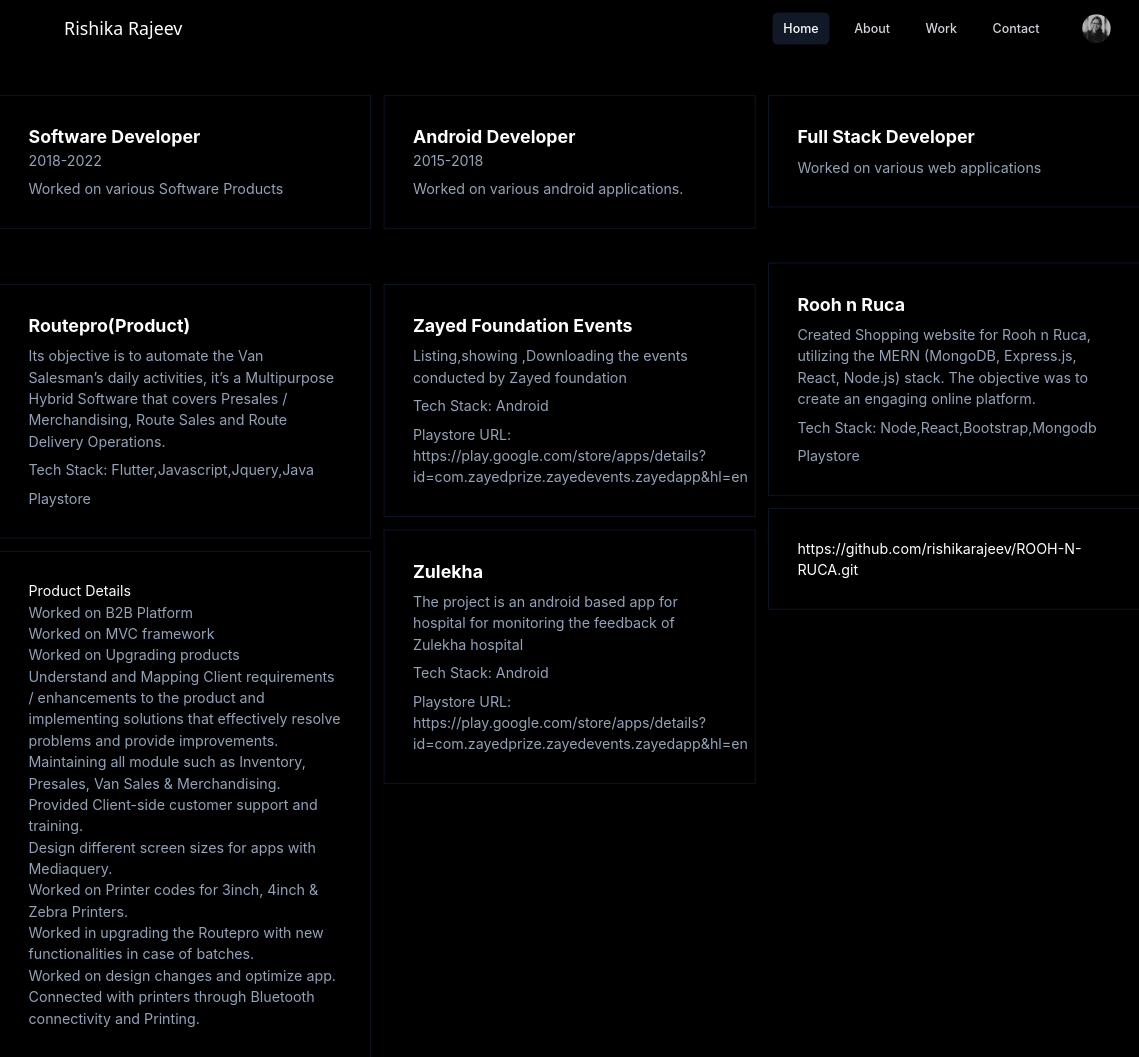
Repository: rishikarajeev/portfolio_rishika
Page: /work
An editor plug-in stored every save of this project. The page is shown before and after the next save, followed by the edit.
The browser window is 1280 px wide. The pictures show the whole page, at 89% of full size.
The project was rebuilt for these pictures with package versions that can differ from the ones it lists, and the page was loaded fresh each time. Also part of the build but not shown: src/Pages/Home.jsx, src/Pages/About.jsx, src/Pages/Contact.jsx.

Above is the page before, as saved 2023-10-23 19:03:07.

### src/Components/Nav/Nav.jsx
import React from 'react'

import img from '../../Images/profile.jpeg'

function Nav() {
  return (
    <div><nav class="dark:bg-black">
    <div class="mx-auto max-w-7xl px-2 sm:px-6 lg:px-8">
      <div class="relative flex h-16 items-center justify-between">
      <div class="absolute inset-y-0 left-7 flex items-center ">

      <a href="#" class=" text-white  px-3 py-2 text-xl font-medium font-sans" aria-current="page">Rishika Rajeev</a>
        </div>
        <div class="absolute inset-y-0 left-0 flex items-center sm:hidden">

          <button type="button" class="relative inline-flex items-center justify-center rounded-md p-2 text-gray-400 hover:bg-gray-700 hover:text-white focus:outline-none focus:ring-2 focus:ring-inset focus:ring-white" aria-controls="mobile-menu" aria-expanded="false">
            <span class="absolute -inset-0.5"></span>
            <span class="sr-only">Open main menu</span>

            <svg class="block h-6 w-6" fill="none" viewBox="0 0 24 24" stroke-width="1.5" stroke="currentColor" aria-hidden="true">
              <path stroke-linecap="round" stroke-linejoin="round" d="M3.75 6.75h16.5M3.75 12h16.5m-16.5 5.25h16.5" />
            </svg>

            <svg class="hidden h-6 w-6" fill="none" viewBox="0 0 24 24" stroke-width="1.5" stroke="currentColor" aria-hidden="true">
              <path stroke-linecap="round" stroke-linejoin="round" d="M6 18L18 6M6 6l12 12" />
            </svg>
          </button>
        </div>
        <div class="flex flex-1 items-center justify-end sm:items-stretch sm:justify-end">
          {/* <div class="flex flex-shrink-0 items-center">
            <img class="h-8 w-auto" src="https://tailwindui.com/img/logos/mark.svg?color=indigo&shade=500" alt="Your Company"/>
          </div> */}
          <div class="hidden sm:ml-6 sm:block ">
            <div class="flex space-x-4 ">

              <a href="/" class="bg-gray-900 text-white rounded-md px-3 py-2 text-sm font-medium" >Home</a>
              <a href="/about" class="text-gray-300 hover:bg-gray-700 hover:text-white rounded-md px-3 py-2 text-sm font-medium">About</a>
              <a href="/work" class="text-gray-300 hover:bg-gray-700 hover:text-white rounded-md px-3 py-2 text-sm font-medium">Work</a>
              <a href="/contact" class="text-gray-300 hover:bg-gray-700 hover:text-white rounded-md px-3 py-2 text-sm font-medium">Contact</a>
            </div>
          </div>
        </div>
        <div class="absolute inset-y-0 right-0 flex items-center pr-2 sm:static sm:inset-auto sm:ml-6 sm:pr-0">
          {/* <button type="button" class="relative rounded-full bg-gray-800 p-1 text-gray-400 hover:text-white focus:outline-none focus:ring-2 focus:ring-white focus:ring-offset-2 focus:ring-offset-gray-800">
            <span class="absolute -inset-1.5"></span>
            <span class="sr-only">View notifications</span>
            <svg class="h-6 w-6" fill="none" viewBox="0 0 24 24" stroke-width="1.5" stroke="currentColor" aria-hidden="true">
              <path stroke-linecap="round" stroke-linejoin="round" d="M14.857 17.082a23.848 23.848 0 005.454-1.31A8.967 8.967 0 0118 9.75v-.7V9A6 6 0 006 9v.75a8.967 8.967 0 01-2.312 6.022c1.733.64 3.56 1.085 5.455 1.31m5.714 0a24.255 24.255 0 01-5.714 0m5.714 0a3 3 0 11-5.714 0" />
            </svg>
          </button> */}


          <div class="relative ml-3">
            <div>
              <button type="button" class="relative flex rounded-full bg-gray-800 text-sm focus:outline-none focus:ring-2 focus:ring-white focus:ring-offset-2 focus:ring-offset-gray-800" id="user-menu-button" aria-expanded="false" aria-haspopup="true">
                <span class="absolute -inset-1.5"></span>
                <span class="sr-only">Open user menu</span>
                <img class="h-8 w-8 rounded-full" src={img} alt=""/>
              </button>
            </div>

          </div>
        </div>
      </div>
    </div>


    <div class="sm:hidden" id="mobile-menu">
      <div class="space-y-1 px-2 pb-3 pt-2">

        <a href="/" class="bg-gray-900 text-white block rounded-md px-3 py-2 text-base font-medium" aria-current="page">Home</a>
        <a href="/about" class="text-gray-300 hover:bg-gray-700 hover:text-white block rounded-md px-3 py-2 text-base font-medium">About</a>
        <a href="/work" class="text-gray-300 hover:bg-gray-700 hover:text-white block rounded-md px-3 py-2 text-base font-medium">Work</a>
        <a href="/contact" class="text-gray-300 hover:bg-gray-700 hover:text-white block rounded-md px-3 py-2 text-base font-medium">Contact</a>
      </div>
    </div>
  </nav>
  </div>
  )
}

export default Nav

### src/Pages/Mywork.jsx
import React from "react";
import Work from "../Components/Work";
import Project from "../Components/Project";
import Nav from "../Components/Nav/Nav";

function Mywork() {
  return (
    <div class="dark md:bg-black ">
      <Nav />

      <div>
        {" "}
        <div className="container mx-auto  dark dark:bg-black">
          <h2 className="text-3xl font-bold mb-2 ">Work Experience</h2>

          <div class="grid grid-cols-1 md:grid-cols-3 gap-4 dark dark:bg-black">
            <div className="dark md:bg-black">
              <Work
                title="Software Developer"
                description="Worked on various Software Products"
                year="2018-2022"
              />
              <h2 className="text-3xl font-bold mt-6 mb-1">Projects</h2>
              <Project
                title="Routepro(Product)"
                description=" Its objective is to automate the Van Salesman’s daily activities, it’s a Multipurpose Hybrid Software that covers Presales / Merchandising, Route Sales and Route Delivery Operations."
                techStack="Flutter,Javascript,Jquery,Java"
              />
              <div className="dark:text-slate-400 ring-1 ring-slate-900 max-w-2xl p-8 dark dark:bg-black">
                <h2 className="text-white"> Product Details</h2>
                <ul>
                  <li>Worked on B2B Platform</li>
                  <li>Worked on MVC framework</li>
                  <li>Worked on Upgrading products </li>
                  <li>
                    Understand and Mapping Client requirements / enhancements to
                    the product and implementing solutions that effectively
                    resolve problems and provide improvements.
                  </li>
                  <li>
                    Maintaining all module such as Inventory, Presales, Van
                    Sales & Merchandising.
                  </li>
                  <li>Provided Client-side customer support and training.</li>
                  <li>
                    Design different screen sizes for apps with Mediaquery.
                  </li>
                  <li>
                    Worked on Printer codes for 3inch, 4inch & Zebra Printers.
                  </li>
                  <li>
                    Worked in upgrading the Routepro with new functionalities in
                    case of batches.
                  </li>
                  <li>Worked on design changes and optimize app.</li>
                  <li>
                    Connected with printers through Bluetooth connectivity and
                    Printing.
                  </li>
                </ul>
              </div>
            </div>
            <div>
            <Work
                title="Android Developer"
                description="Worked on various android applications."
                year="2015-2018"
              />
              <h2 className="text-3xl font-bold mt-6 mb-1">Projects</h2>
              <Project
                title="Zayed Foundation Events"
                description=" Listing,showing ,Downloading the events conducted by Zayed foundation"
                techStack="Android"
                Playstore=" URL: https://play.google.com/store/apps/details?id=com.zayedprize.zayedevents.zayedapp&hl=en"
              />
                  <Project
                title="Zulekha"
                description=" The project is an android based app for hospital for monitoring the feedback of Zulekha hospital"
                techStack="Android"
                Playstore=" URL: https://play.google.com/store/apps/details?id=com.zayedprize.zayedevents.zayedapp&hl=en"
              />
               <ul>
                            <li>Listing the events conducted by Zayed foundation</li>
                            <li>Showing Live events.</li>
                                <li>	Downloading and viewing files.</li>
                                    <li>	Integrated Google Map & Facebook</li>
                                        <li>	Implemented Calendar with Marked Events.</li>
                                            <li>	Playstore URL: https://play.google.com/store/apps/details?id=com.zayedprize.zayedevents.zayedapp&hl=en</li>

                        </ul>
            </div>
            <div className="dark md:bg-black">
              <Work
                title="Full Stack Developer"
                description="Worked on various web applications"

              />
              <h2 className="text-3xl font-bold mt-6 mb-1">Projects</h2>
              <Project
                title="Rooh n Ruca"
                description="    Created Shopping website for Rooh n Ruca, utilizing the MERN (MongoDB, Express.js, React, Node.js)  stack. The objective was to create an  engaging online platform."
                techStack="Node,React,Bootstrap,Mongodb"
              />
              <div className="dark:text-slate-400 ring-1 ring-slate-900 max-w-2xl p-8 dark dark:bg-black">
                <h2 className="text-white"> https://github.com/rishikarajeev/ROOH-N-RUCA.git</h2>

              </div>
            </div>
          </div>
        </div>
      </div>
    </div>
  );
}

export default Mywork;

### src/Components/Work.jsx
import React from 'react';

const Work = ({ title, description, year }) => {
  return (
    <div className="mb-4 ring-1 ring-slate-900 max-w-2xl p-8 dark md:bg-black">
      <h3 className="text-xl font-bold text-white">{title}</h3>
      <p className="dark:text-slate-400">{year}</p>
      <p className="mt-2 dark:text-slate-400">{description}</p>
    </div>
  );
};

export default Work;

### src/Components/Project.jsx
import React from 'react';

const Project = ({ title, description, techStack,Playstore }) => {
  return (
    <div className="mb-4 ring-1 ring-slate-900 max-w-2xl p-8 dark md:bg-black">
      <h3 className="text-xl font-bold text-white">{title}</h3>
      <p className="mt-2 dark:text-slate-400">{description}</p>
      <p className="mt-2 dark:text-slate-400">Tech Stack: {techStack}</p>
      <p className="mt-2 dark:text-slate-400">Playstore {Playstore}</p>
    </div>
  );
};

export default Project;

### tailwind.config.js
/** @type {import('tailwindcss').Config} */
module.exports = {
  content: ["./src/**/*.{html,js,jsx}"],
  theme: {
    extend: {},
  },
  darkMode: 'class',
  plugins: [],
}

Loaded but not shown: public/index.html (common file); src/index.js (common file); src/index.css (common file); src/App.js (common file); src/reportWebVitals.js (common file); src/App.css (common file)

After the next save:
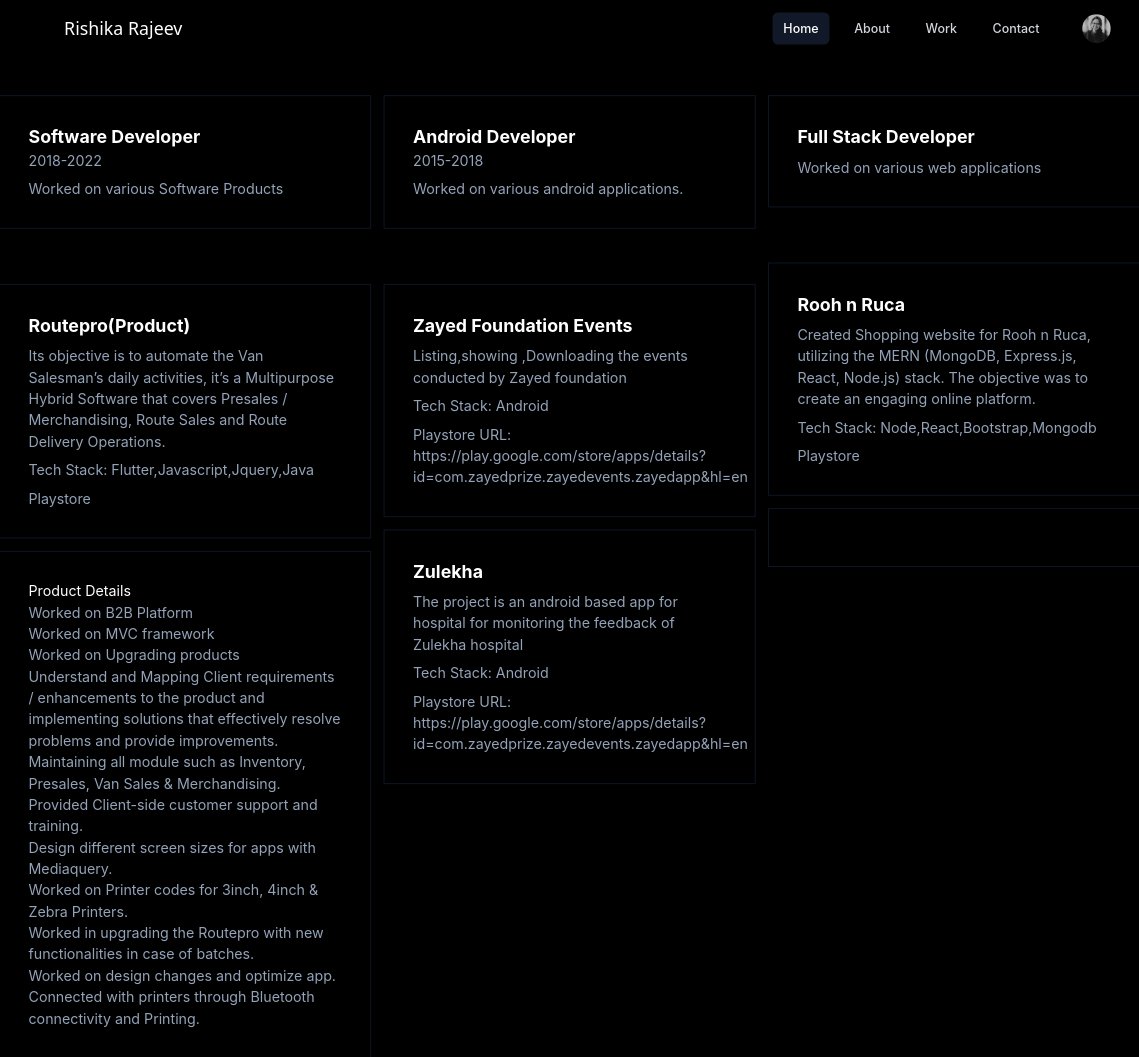
Saved 48 s later.
--- a/src/Pages/Mywork.jsx
+++ b/src/Pages/Mywork.jsx
@@ -102,7 +102,7 @@ function Mywork() {
                 techStack="Node,React,Bootstrap,Mongodb"
               />
               <div className="dark:text-slate-400 ring-1 ring-slate-900 max-w-2xl p-8 dark dark:bg-black">
-                <h2 className="text-white"> https://github.com/rishikarajeev/ROOH-N-RUCA.git</h2>
+                <h2 className="text-white"></h2>
 
               </div>
             </div>
